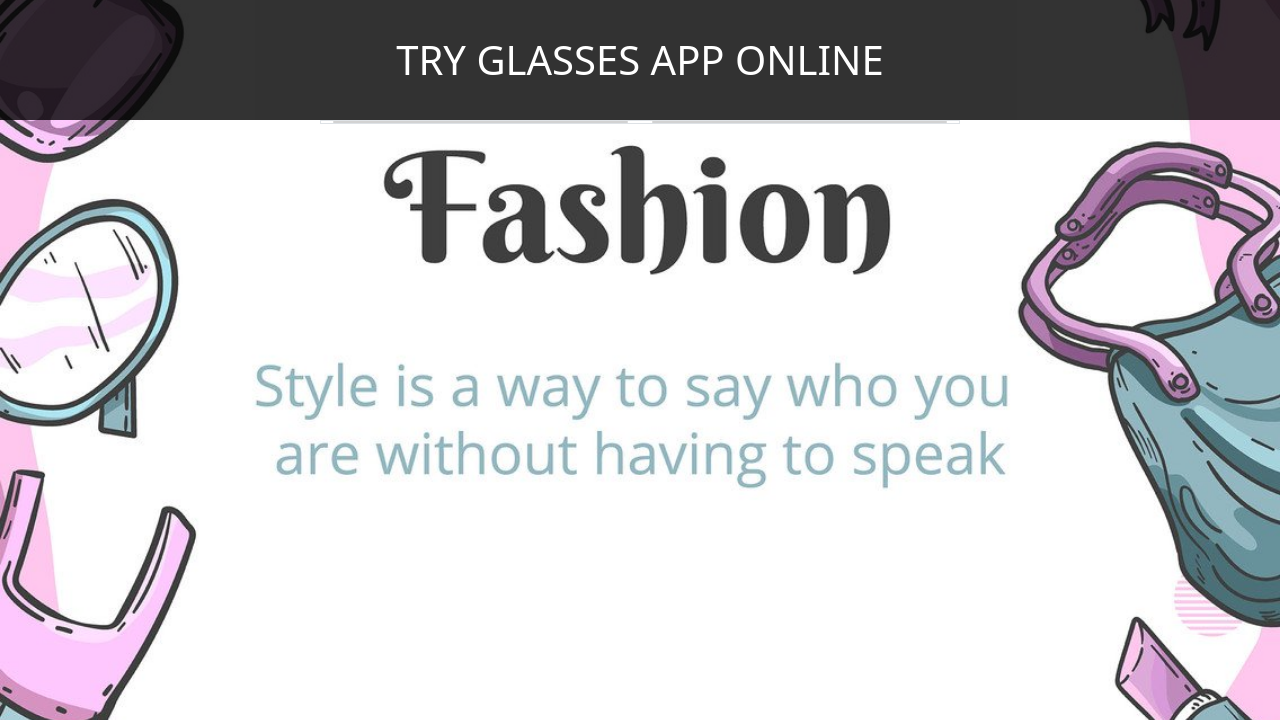
Repository: akira17518/React_JS_Glasses
Page: /
An editor plug-in stored every save of this project. The page is shown before and after the next save, followed by the edit.
The browser window is 1280 px wide. The pictures show the whole page.
The project was rebuilt for these pictures with package versions that can differ from the ones it lists, and the page was loaded fresh each time.

Above is the page before, as saved 2023-05-10 10:16:11.

After the next save:
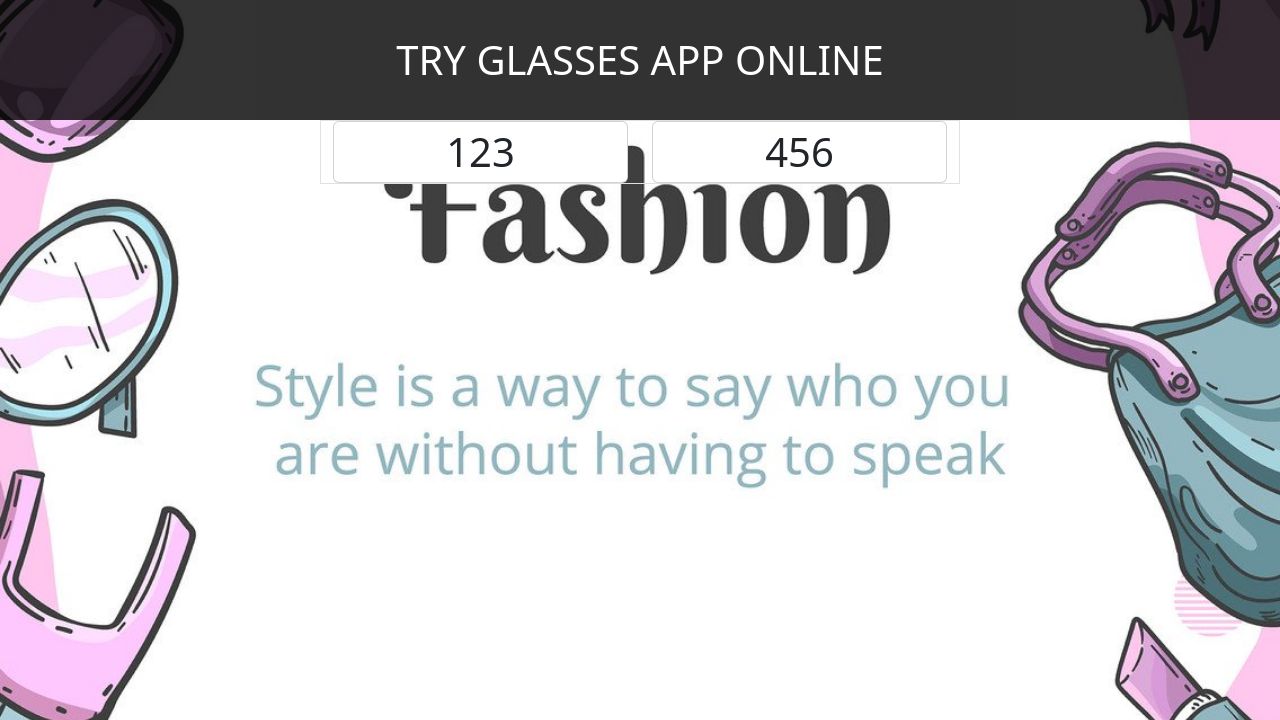
Saved 6 s later.
--- a/src/BTsetState/Content.jsx
+++ b/src/BTsetState/Content.jsx
@@ -9,11 +9,13 @@
             <div className="col-6">
               <div className='card-left card'>
                 <img src="" alt="" />
+                123
               </div>
             </div>
             <div className="col-6">
               <div className='card-right card'>
                 <img src="" alt="" />
+                456
               </div>
             </div>
           </div>
